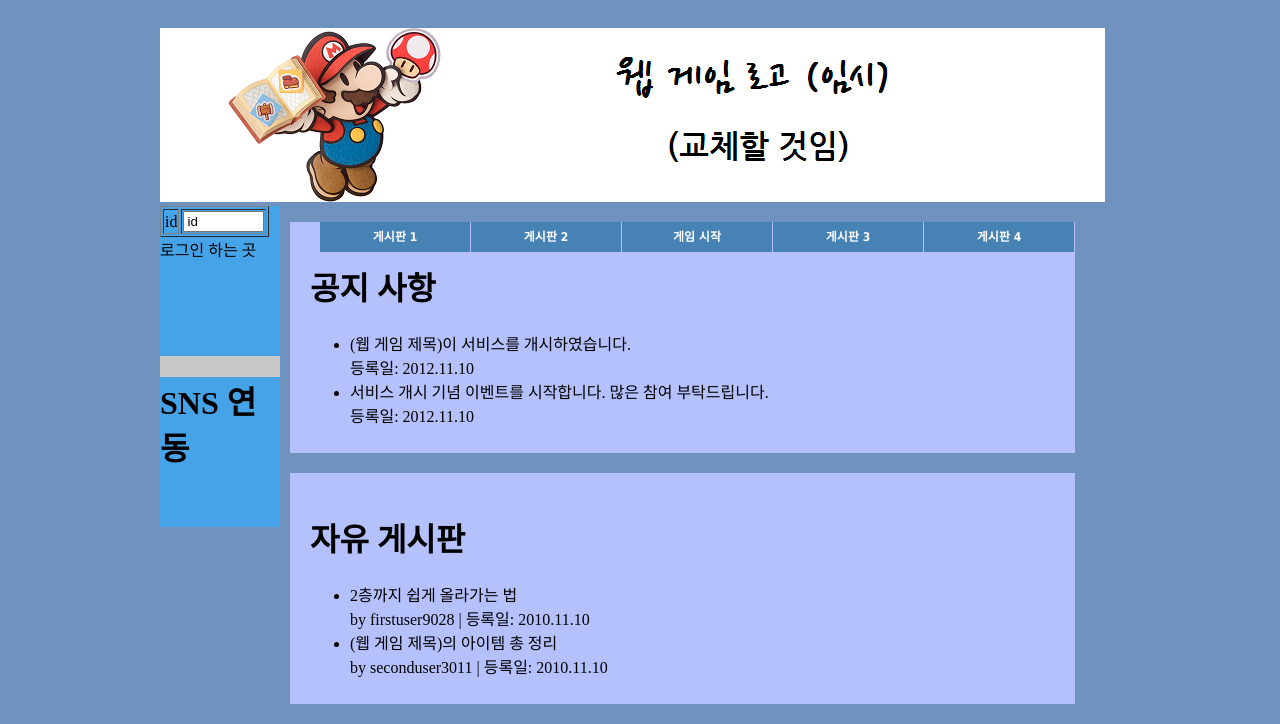
Repository: gunhe123/web_programing_project_Team_4
Page: web_game/WebContent/index.html
These files come from the project's save history. The page is drawn as it stood at one moment and after the next save; the edit follows.
The browser window is 1280 px wide. The pictures show the whole page.

Above is the page before, as saved 2012-11-10 16:44:46.

### web_game/WebContent/index.html
<!DOCTYPE html>
<html lang="ko">
<head>
	<meta charset="utf-8">
	<title>Web Game</title>
	<link href="stylesheets/main.css" rel="stylesheet" type="text/css">
</head>
<body>
<div id="wrap">
	<div id="top_logo">
		<img src="images/mario.png" alt="Web Game Logo">
	</div>
	<div id="content">
		<div id="sidebar">
			<div id="login_box">
			<table border="1">
				<tr>
				<td>
				id
				</td>
				<td>
				<input type="text" value="id" size="7">
				</td>
				</tr>
			</table>
			로그인 하는 곳
			</div>
			<div id="sns">
			<h1>SNS 연동</h1>
			</div>
		</div>
		<div id="main_content">
			<div class="main_section" id="menubar">
				<ul>
					<li><a href="">게시판 1</a></li>
					<li><a href="">게시판 2</a></li>
					<li><a href="">게임 시작</a></li>
					<li><a href="">게시판 3</a></li>
					<li><a href="">게시판 4</a></li>
				</ul>
			</div>
			<div class="main_section" id="notice">
			<h1>공지 사항</h1>
			<ul>
				<li>
					<div class="article">
					(웹 게임 제목)이 서비스를 개시하였습니다.
					</div>
					<span class="date">등록일: 2012.11.10</span>
				</li>
				<li>
					<div class="article">
					서비스 개시 기념 이벤트를 시작합니다. 많은 참여 부탁드립니다.
					</div>
					<span class="date">등록일: 2012.11.10</span>
				</li>
			</ul>
			</div>
			<div class="main_section" id="free_board">
			<h1>자유 게시판</h1>
			<ul>
				<li>
					<div class="article">
					2층까지 쉽게 올라가는 법
					</div>
					<span class="author">by firstuser9028</span> |
					<span class="date">등록일: 2010.11.10</span>
				</li>
				<li>
					<div class="article">
					(웹 게임 제목)의 아이템 총 정리
					</div>
					<span class="author">by seconduser3011</span> |
					<span clss="date">등록일: 2010.11.10</span>
				</li>
			</ul>
			</div>
		</div>
	</div>
</div>
</body>
</html>

### web_game/WebContent/stylesheets/main.css
html{color:#000;
	background:rgb(112,146,190);
	padding:20px 0;
	}
#wrap{
	width: 960px;
	margin:0 auto;
}
#main_content{
	position:relative;
	float: left;
}

#sidebar{
	background:rgb(200,200,200);
	width:120px;
	float: left;
}
#login_box{
	background-color:rgb(71,163,232);
	height: 150px;
}
#sns{
	background-color:rgb(71,163,232);
	height: 150px;
}
#menubar ul li{
	float: left;
	list-style: none;
	}
#menubar ul li a{
	color:#fff; background-color:#4682b4;

	display:block;
	width:120px;
	text-align:center;
	padding:0px 15px;
	font: bold 12px/30px Tahoma;
	text-decoration:none;
	margin-right:1px;
}
#notice{
	margin-left: 10px;
	margin-bottom: 20px;
	padding-top: 20px;
	padding-bottom:10px;
	padding-left: 20px;
	background-color:rgb(181,193,252);
	float: none;
}
#free_board{
	margin-left: 10px;
	padding-top: 20px;
	padding-bottom:10px;
	padding-left: 20px;
	background-color:rgb(181,193,252);
	float: none;
}

After the next save:
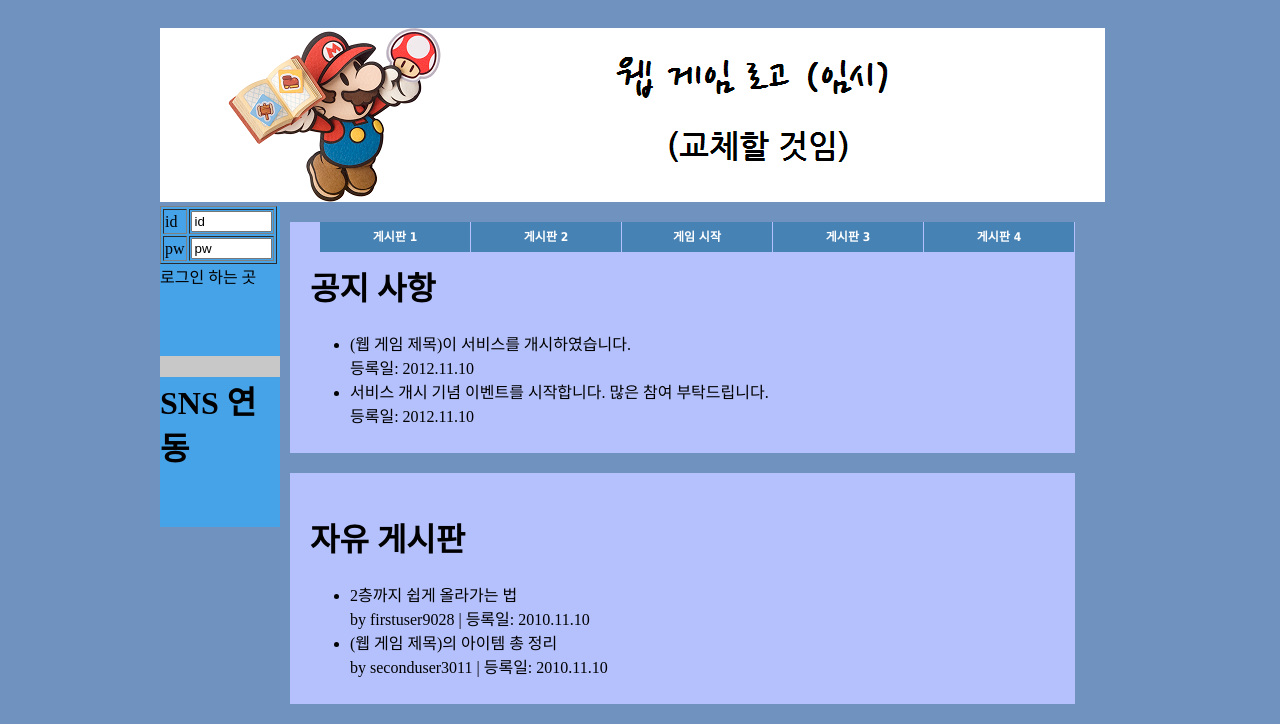
Saved 26 s later.
--- a/web_game/WebContent/index.html
+++ b/web_game/WebContent/index.html
@@ -20,6 +20,14 @@
 				</td>
 				<td>
 				<input type="text" value="id" size="7">
+				</td>
+				</tr>
+				<tr>
+				<td>
+				pw
+				</td>
+				<td>
+				<input type="text" value="pw" size="7">
 				</td>
 				</tr>
 			</table>
